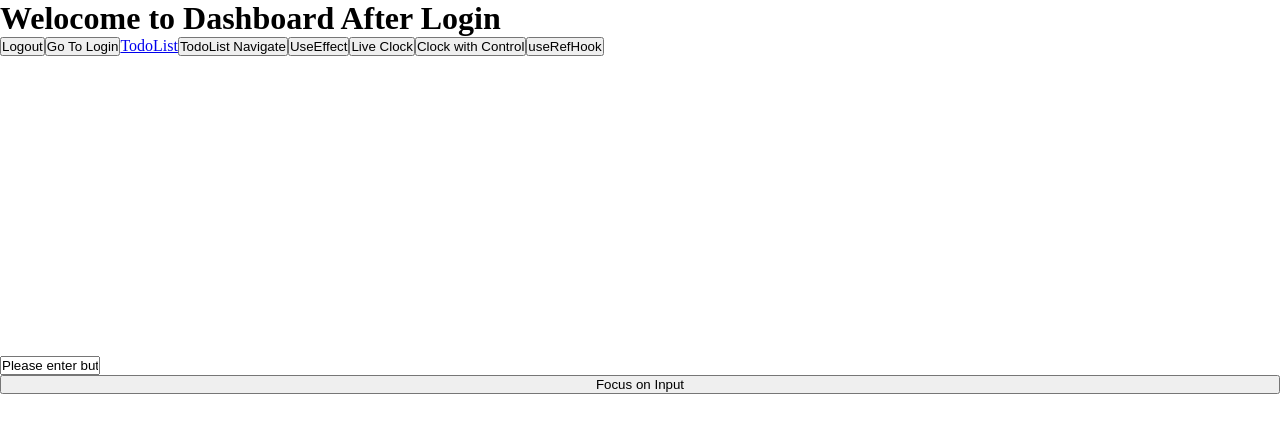
Repository: harshrathore123/ReactPractice
Page: /dashboard/useRefHook (app in my-app/)
The author's editor kept a copy of each file at every save. The page is drawn from the files as they stood at one save, then again after a run of saves.
The browser window is 1280 px wide. The pictures show the whole page.
The project was rebuilt for these pictures with package versions that can differ from the ones it lists, and the page was loaded fresh each time. Also part of the build but not shown: my-app/vite.config.js, my-app/src/component/Desctructuing.jsx, my-app/src/component/FirstName.jsx, my-app/src/component/Increment.jsx, my-app/src/component/Event.jsx, my-app/src/component/Form.jsx, my-app/src/component/Rendering.jsx, my-app/src/component/RenderingList.jsx and 7 more.

Above is the page before, as saved 2025-10-13 12:50:43.

### my-app/src/App.jsx
import './App.css';
import Destructuring from './component/Desctructuing';
import FirstName from './component/FirstName';
import Increment from './component/Increment';
import Event from './component/Event';
import Form from './component/Form';
import Rendering from './component/Rendering';
import RenderingList from './component/RenderingList';
import TodoList from './component/TodoList';
import {BrowserRouter, Routes, Route} from 'react-router-dom';
import Products from './component/Products';
import ProductDetails from './component/ProductDetails';
import Login from './component/Login';
import Dashboard from './component/Dashboard';
import UseEffect from './component/use_Effect';
import UseState_UseEffect from './component/Hooks/UseState_UseEffect';
import ClockWithControl from './component/Hooks/ClockWithControl';
import UseRefHook from './component/Hooks/useRefHook';

function App() {
  return (
    <>
    {/* <FirstName name="Harsh Rathore" age="23"/>
    <Destructuring batch="mern" internship_exp="4month"/>
    <Increment/>
    <Event intro="Hi I am harsh rathore"/>
    <Form/>
    <Rendering isLoggedIn={false}/>
    <RenderingList/>

    <TodoList/> */}
  <BrowserRouter>
      <Routes>
        {/* Parent route for products */}
        <Route path="/products" element={<Products />}>
          {/* Nested route inside /products */}
          <Route path=":id" element={<ProductDetails />} />
        </Route>

        <Route path='/login' element={<Login/>}/>
        <Route path='/dashboard' element={<Dashboard/>}>
        {/* Nested another component inside dashboard */}
          <Route path='todolist' element={<TodoList/>}/>
          <Route path='useeffect' element={<UseEffect/>}/>
          <Route path='live_clock' element={<UseState_UseEffect/>}/>
          <Route path='clockwithcontrol' element={<ClockWithControl/>}/>
          <Route path='useRefHook' element={<UseRefHook/>}/>
        </Route>

      </Routes>
    </BrowserRouter>


    </>
  )
}

export default App

### my-app/src/component/Dashboard.jsx
import { Link,Outlet, useNavigate } from "react-router-dom"
export default function Dashboard(){
    const navigate = useNavigate();
    const gotoLogin = () =>{
        navigate('/login');
    }

    const todolistNavigate = () =>{
        navigate('/dashboard/todolist');
    }

    return(
        <>
        <h1>Welocome to Dashboard After Login</h1>

        <button onClick={()=>navigate('/login')}>Logout</button>
        <button onClick={gotoLogin}>Go To Login</button>

        <Link to="todolist">TodoList</Link>
        <button onClick={todolistNavigate}>TodoList Navigate</button>
        <button onClick={()=>navigate('/dashboard/useeffect')}>UseEffect</button>
        <button onClick={()=>navigate('/dashboard/live_clock')}>Live Clock</button>
        <button onClick={()=>navigate('/dashboard/clockwithcontrol')}>Clock with Control</button>
        <button onClick={()=>navigate('/dashboard/useRefHook')}>useRefHook</button>
        <Outlet/>
        </>
    )
}

### my-app/src/component/Hooks/useRefHook.jsx
export default function UseRefHook(){

    const focusInput = () =>{

    }
    return(
        <>
        <div className="coainer" style={{display:"flex",justifyContent:"center",alignContent:"center",marginTop:"300px",flexDirection:"column"}}>
        <input type="text" placeholder="Please enter button to focus" style={{width:"100px"}} />
        <button onClick={focusInput}>Focus on Input</button>
        </div>

        </>
    )
}

### my-app/src/component/TodoList.css
*{
    margin: 0;
    padding: 0;
    box-sizing: border-box;
}

.container{
    width: 100%;
    height: 100vh;
    background-image: url('https://encrypted-tbn0.gstatic.com/images?q=tbn:ANd9GcR6epnd0KtuwAaygjj-Ls7D5RjgwV_ijX_qUQ&s');
    background-repeat: no-repeat;
    background-size: cover;
    position:relative;
}

.todobox{
    width: 400px;
    height: auto;
    position: absolute;
    top: 100px;
    left:200px;
    background: transparent;
    border-radius: 20px;
    box-shadow: 0 0 20px black;
}

#headline{
    text-align: center;
    padding: 20px;
    color: blue;
}

#task{
    width: 350px;
    height: 38px;
    border-radius: 20px;
    border: 2px solid blue;
    position: absolute;
    left: 30px;
    top: 90px;
    padding: 20px;
    outline:none;
}

input::placeholder{
    color: black;
}

input:hover{
    outline: none;
}

.addtask{
    position: absolute;
    top:91px;
    right: 20px;
    width: 80px;
    height: 41px;
    border-radius: 20px;
    border: none;
    padding: 10px;
    background: transparent;
    outline: none;
    cursor: pointer;
    background-color: blue;
    color: white;
}

.ul_list {
  margin-top: 90px;
  list-style: none;
  padding: 30px;
}

.ul_list li {
  padding: 10px;
  background: #f4f4f4;
  margin-bottom: 8px;
  border-radius: 5px;
  display: flex;
  justify-content: space-between;
  align-items: center;
}

Loaded but not shown: my-app/index.html (common file); my-app/src/main.jsx (common file); my-app/src/App.css (common file)

After the next 2 saves:
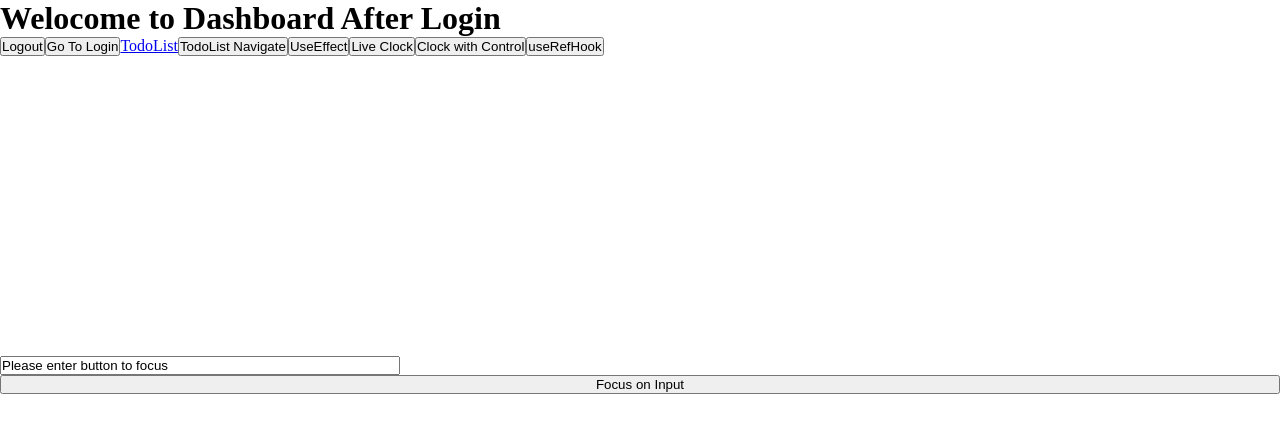
The 2 saves are shown as one change because they came seconds apart.
The last was saved 6 s later.
--- a/my-app/src/component/Hooks/useRefHook.jsx
+++ b/my-app/src/component/Hooks/useRefHook.jsx
@@ -6,7 +6,7 @@ export default function UseRefHook(){
     return(
         <>
         <div className="coainer" style={{display:"flex",justifyContent:"center",alignContent:"center",marginTop:"300px",flexDirection:"column"}}>
-        <input type="text" placeholder="Please enter button to focus" style={{width:"100px"}} />
+        <input type="text" placeholder="Please enter button to focus" style={{width:"400px"}} />
         <button onClick={focusInput}>Focus on Input</button>
         </div>
 
